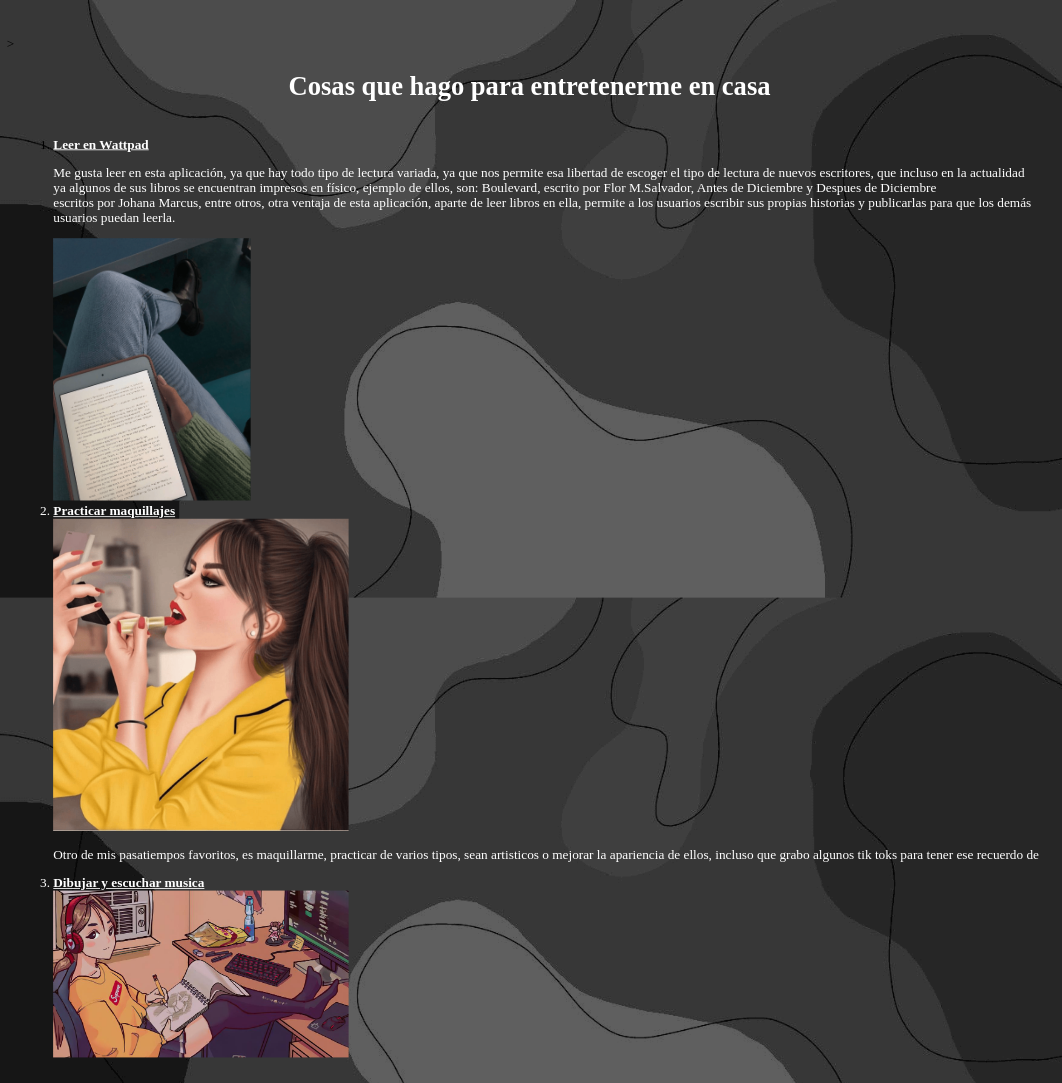
Repository: darlyn-saravia27/portafolio-darlynsaravia
Page: archivoshtml/entretenimiento.html
The author's editor kept a copy of each file at every save. The page is drawn from the files as they stood at one save, then again after the next save.
The browser window is 1280 px wide. The pictures show the whole page, at 83% of full size.

Above is the page before, as saved 2023-03-05 04:15:41.

After the next save:
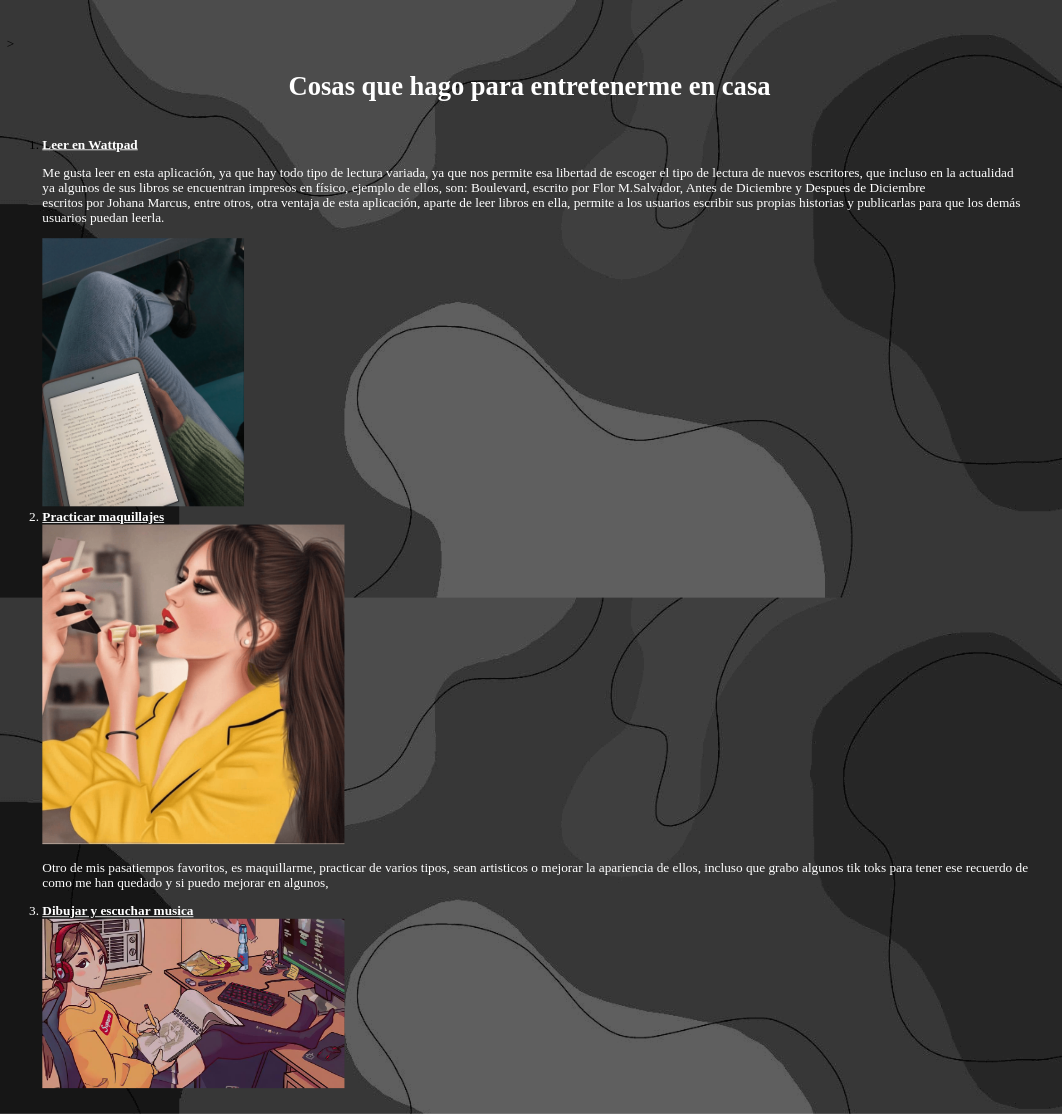
Saved 20 s later.
--- a/archivoshtml/entretenimiento.html
+++ b/archivoshtml/entretenimiento.html
@@ -27,7 +27,8 @@
                 <li type="1"><font color="white"><strong><u>Practicar maquillajes</strong></font></u></li>
                     <img src="art.png" width="30%" height="30%">
                     <p>Otro de mis pasatiempos favoritos, es maquillarme, practicar de varios tipos, sean artisticos o mejorar la apariencia
-                    de ellos, incluso que grabo algunos tik toks para tener ese recuerdo de
+                    de ellos, incluso que grabo algunos tik toks para tener ese recuerdo de como me han quedado y si puedo mejorar en algunos,
+
                     </p>
                 <li type="1"><strong><font color="white"><u>Dibujar y escuchar musica<u></font></strong></li>
                     <img src="dibujo.png" width="30%" height="30%">
